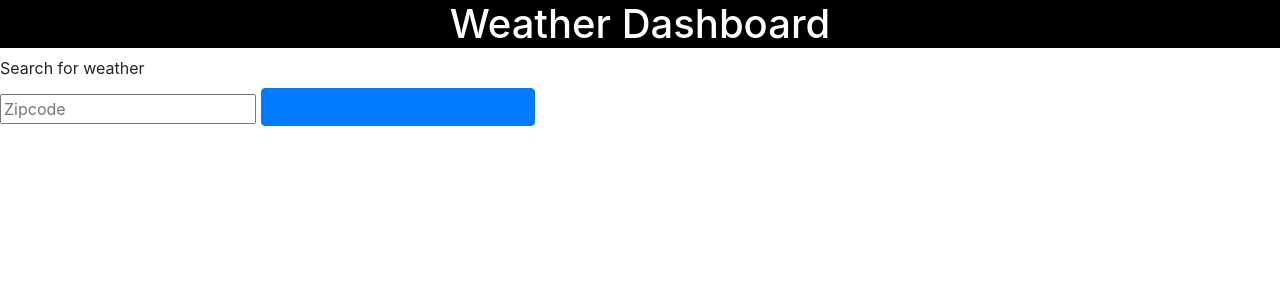
Repository: s88leigh/Weather-Dashboard
Page: index.html
The author's editor kept a copy of each file at every save. The page is drawn from the files as they stood at one save, then again after a run of saves.
The browser window is 1280 px wide. The pictures show the whole page.

Above is the page before, as saved 2019-10-30 20:18:33.

### index.html
<!DOCTYPE html>
<html lang="en">
<head>
    <meta charset="UTF-8">
    <meta name="viewport" content="width=device-width, initial-scale=1.0">
    <meta http-equiv="X-UA-Compatible" content="ie=edge">
    <link rel="stylesheet" href="https://stackpath.bootstrapcdn.com/bootstrap/4.3.1/css/bootstrap.min.css" integrity="sha384-ggOyR0iXCbMQv3Xipma34MD+dH/1fQ784/j6cY/iJTQUOhcWr7x9JvoRxT2MZw1T" crossorigin="anonymous">
    <link rel="stylesheet" href="style.css">
    <title>Weather Dashboard</title>
</head>
<body>

    <div id="box">
        <h1>Weather Dashboard</h1>
    </div>

    <div id="left-b0x">
        <form id="weather-form">
            <label for="weather-input">Search for weather</label>
            <br>
            <input type="text" id="movie-input" placeholder="Zipcode">

            <!-- Button will trigger new zipcode to be added -->
            <input id="add zipcode" class="btn btn-primary mb-2"
        </form>

    </div>




</body>
</html>

### style.css


h1 {
    color: white;
    text-align: center;
    background-color: black;
}
#left-box {
    float: left;
    width: 30%;
    height: 500px;
    border: 1px solid black;
    padding: 10px;
    box-shadow: 5px 10px lightgray;


}
#right-box {
    float: left;
    width: 70%;
    height: 500px;
    border: 1px solid black;
    padding: 10px;
    box-shadow: 5px 10px lightgray;
}

After the next 4 saves:
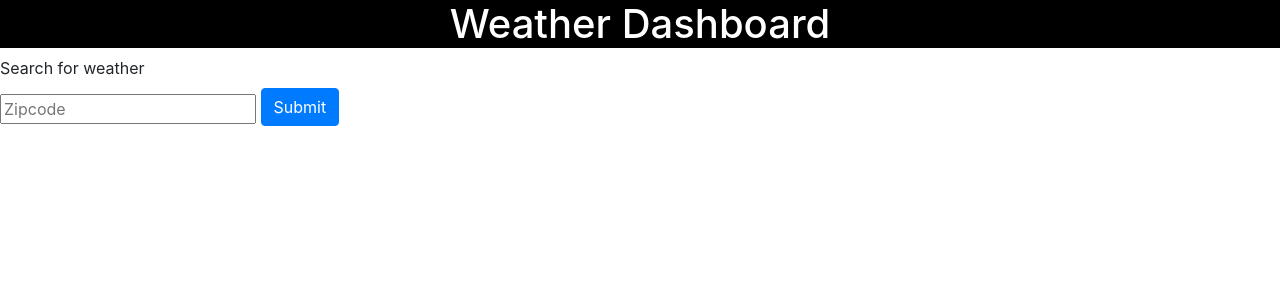
The 4 saves are shown as one change because they came seconds apart.
The last was saved 15 s later.
--- a/index.html
+++ b/index.html
@@ -21,7 +21,7 @@
             <input type="text" id="movie-input" placeholder="Zipcode">
 
             <!-- Button will trigger new zipcode to be added -->
-            <input id="add zipcode" class="btn btn-primary mb-2"
+            <input id="add zipcode" class="btn btn-primary mb-2" type="submit"
         </form>
 
     </div>
